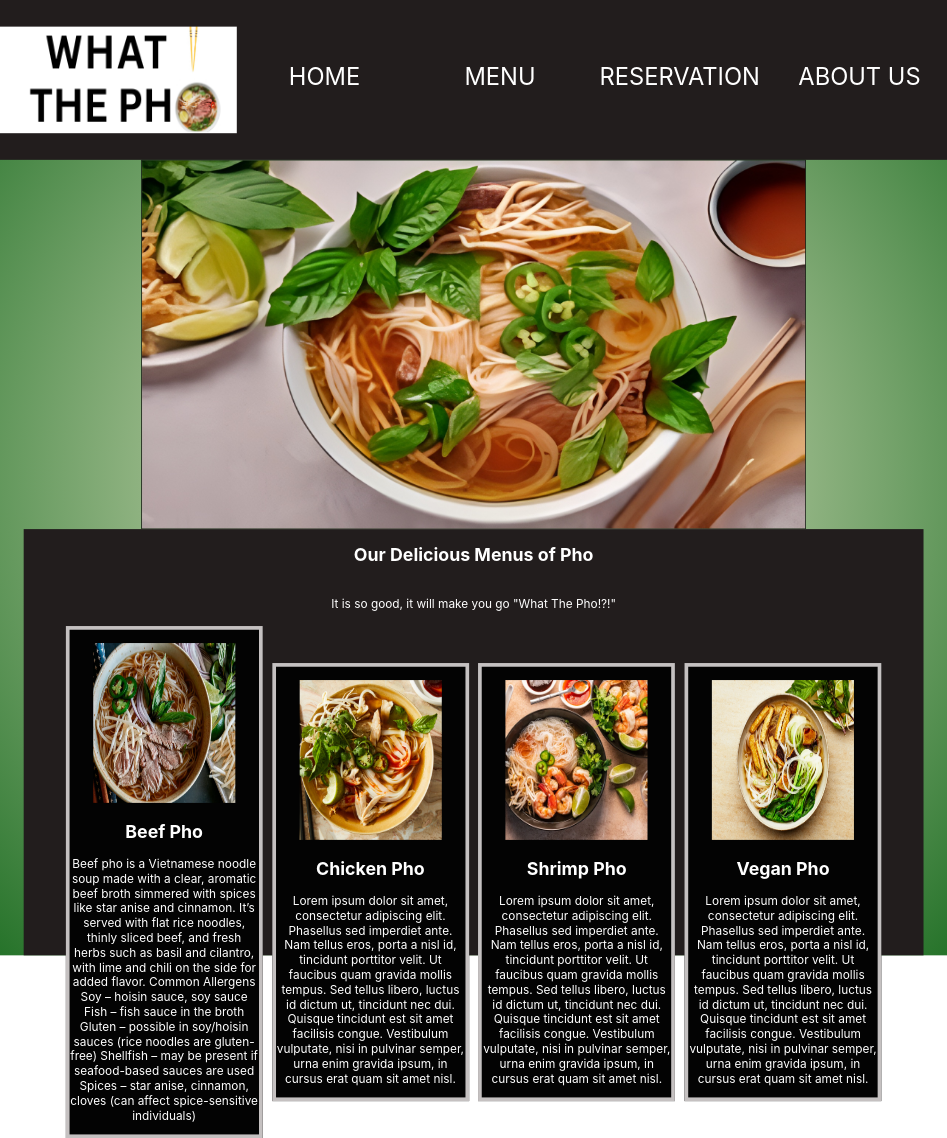
Repository: NguyenkhDang/Restaurant-Website
Page: /
The author's editor kept a copy of each file at every save. The page is drawn from the files as they stood at one save, then again after the next save.
The browser window is 1280 px wide. The pictures show the whole page, at 74% of full size.
The project was rebuilt for these pictures with package versions that can differ from the ones it lists, and the page was loaded fresh each time.

Above is the page before, as saved 2026-01-15 23:38:20.

### src/App.js
import BackgroundImage from "./image/pho.jpg"
import BeefPho from "./image/beefPho.png"
import ChickenPho from "./image/chickenPho.jpg"
import ShrimpPho from "./image/shrimpPho.png"
import VeganPho from "./image/veganPho.jpg"
import './App.css';
import NavigationBar from './NavigationBar';
function App() {
  return (
    <div className="home">
      <NavigationBar />
      <img
        src={BackgroundImage}
        style={{maxWidth: "70vw", height: "auto", border: "1px solid black"}}
        alt="Pho Photo"
        />


      <div className="menu">
        <h2>Our Delicious Menus of Pho</h2>
        <p>It is so good, it will make you go "What The Pho!?!"</p>
        <div className="foodContainer">
          <div>
            <img  src={BeefPho}
                  style={{width: "15vw", height: "30vh"}}/>
            <h2>Beef Pho</h2>
            <p>Beef pho is a Vietnamese noodle soup made with a clear, aromatic beef broth simmered with spices like star anise and cinnamon. It’s served with flat rice noodles, thinly sliced beef, and fresh herbs such as basil and cilantro, with lime and chili on the side for added flavor.

              Common Allergens

Soy – hoisin sauce, soy sauce

Fish – fish sauce in the broth

Gluten – possible in soy/hoisin sauces (rice noodles are gluten-free)

Shellfish – may be present if seafood-based sauces are used

Spices – star anise, cinnamon, cloves (can affect spice-sensitive individuals)
            </p>
          </div>
          <div>
            <img  src={ChickenPho}
                  style={{width: "15vw", height: "30vh"}}/>
            <h2>Chicken Pho</h2>
            <p>Lorem ipsum dolor sit amet, consectetur adipiscing elit. Phasellus sed imperdiet ante. Nam tellus eros, porta a nisl id, tincidunt porttitor velit. Ut faucibus quam gravida mollis tempus. Sed tellus libero, luctus id dictum ut, tincidunt nec dui. Quisque tincidunt est sit amet facilisis congue. Vestibulum vulputate, nisi in pulvinar semper, urna enim gravida ipsum, in cursus erat quam sit amet nisl. </p>
          </div>
          <div>
            <img  src={ShrimpPho}
                  style={{width: "15vw", height: "30vh"}}/>
            <h2>Shrimp Pho</h2>
            <p>Lorem ipsum dolor sit amet, consectetur adipiscing elit. Phasellus sed imperdiet ante. Nam tellus eros, porta a nisl id, tincidunt porttitor velit. Ut faucibus quam gravida mollis tempus. Sed tellus libero, luctus id dictum ut, tincidunt nec dui. Quisque tincidunt est sit amet facilisis congue. Vestibulum vulputate, nisi in pulvinar semper, urna enim gravida ipsum, in cursus erat quam sit amet nisl. </p>
          </div>
          <div>
            <img  src={VeganPho}
                  style={{width: "15vw", height: "30vh"}}/>
            <h2>Vegan Pho</h2>
            <p>Lorem ipsum dolor sit amet, consectetur adipiscing elit. Phasellus sed imperdiet ante. Nam tellus eros, porta a nisl id, tincidunt porttitor velit. Ut faucibus quam gravida mollis tempus. Sed tellus libero, luctus id dictum ut, tincidunt nec dui. Quisque tincidunt est sit amet facilisis congue. Vestibulum vulputate, nisi in pulvinar semper, urna enim gravida ipsum, in cursus erat quam sit amet nisl. </p>
          </div>
        </div>
      </div>
  </div>
);
}

export default App;

### src/App.css
html{
  -ms-overflow-style: none;  /* IE and Edge */
  scrollbar-width: none;
}

.home {
  display: grid;
  margin: 0;
  padding: 0;

  background: radial-gradient(
    circle,
    rgba(245, 240, 213, 1) 0%,
    rgba(38, 115, 42, 1) 100%
  );
  place-items: center;
  text-align: center;
  color: white;
}

.menu {
  display: grid;
  grid-template-rows: repeat(3, 1fr);
  place-items: center;
  gap: 5px;

  width: 95vw;
  height: 80vh;
  margin: 0 2vw;

  background-color: rgb(34, 29, 29);
}

.foodContainer {
  display: grid;
  grid-template-columns: repeat(4, 1fr);
  place-items: center;
  gap: 1vw;
}

.foodContainer div {
  width: 20vw;
  padding-top: 2.5vh;

  background-color: rgb(3, 3, 3);
  border: 5px solid rgb(197, 193, 193);
}


html::-webkit-scrollbar {
  display: none;
}

### src/NavigationBar.js
import "./CSS/NavigationBar.css"
import Logo from "./image/CustomLogo2.png"
const NavigationBar = () =>{



  return (
    <div className="navbar">
      <div className="logoImage">
        <img src= {Logo} />
      </div>
      <div className="wholeNavBar">
        <ul>
          <li>
            <a>HOME</a>
          </li>
          <li>
            <a>MENU</a>
          </li>
          <li>
            <a>RESERVATION</a>
          </li>
          <li>
            <a>ABOUT US</a>
          </li>
        </ul>

      </div>
    </div>
  )


}

export default NavigationBar

### src/CSS/NavigationBar.css
.navbar{
  background-color: rgb(34, 29, 29);
  display: grid;
  grid-template-columns: 25% 75%;
  width: 100vw;
  height: 25vh;
  padding-top: 5vh;
}
.wholeMavBar{
  float: right;
  height: 10vh;
}

.logoImage img{
  height: 20vh;
  width: 25vw;
  object-fit: fill;
  object-position: center;
}

ul{
  align-items: center;
  list-style-type: none;
  display: grid;
  place-items: center;
  grid-template-columns: 1fr 1fr 1fr 1fr;
  margin-top: 5%;
  padding: 0;
}
li a{
  font-size: 2em;
  text-align: center;
  padding: 14px 16px;
}

li a:hover{
  background-color: #c5b1b1;
}

Loaded but not shown: public/index.html (common file); src/index.js (common file); src/index.css (common file); src/reportWebVitals.js (common file)

After the next save:
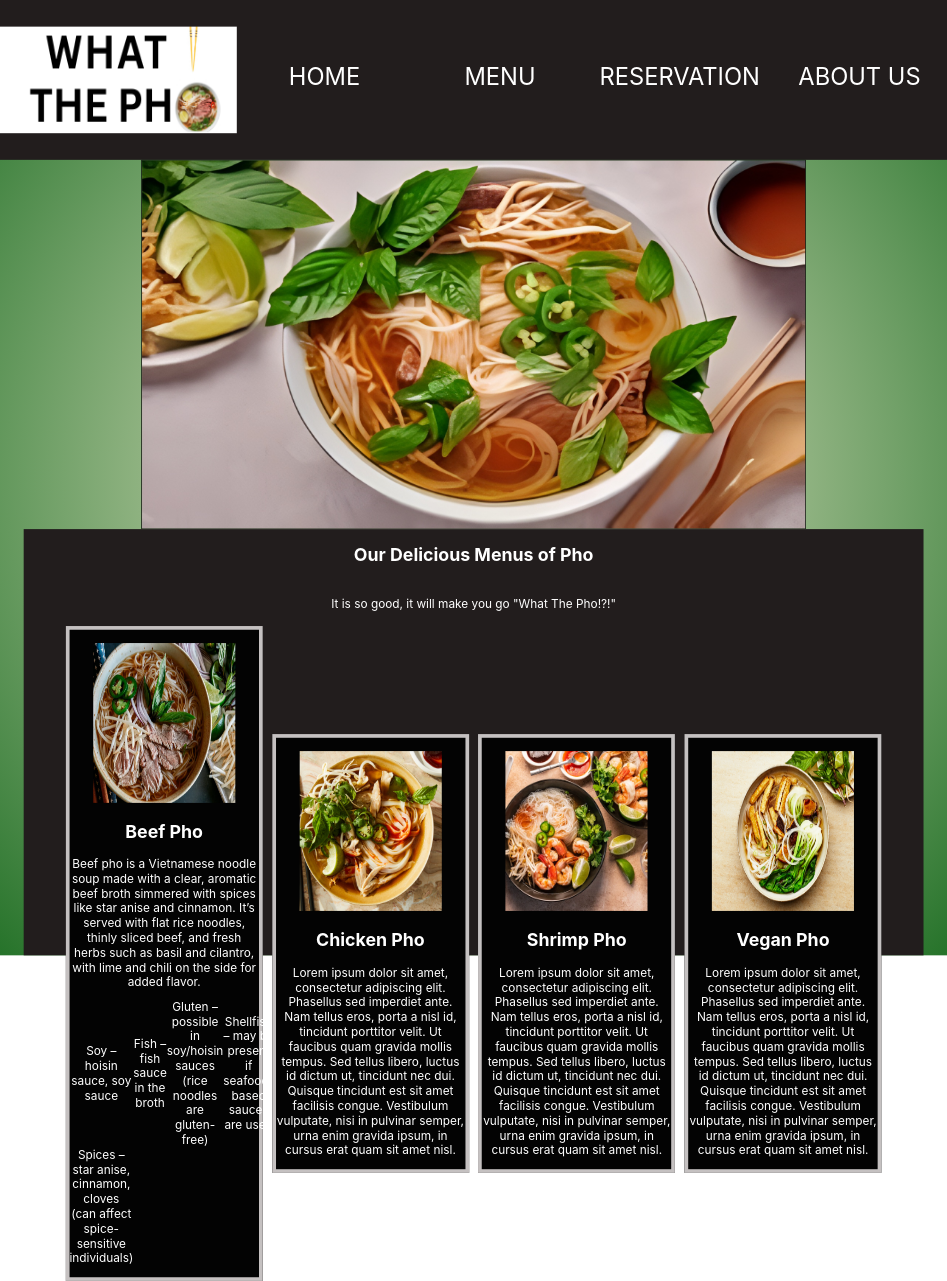
Saved 2 min 52 s later.
--- a/src/App.js
+++ b/src/App.js
@@ -26,18 +26,17 @@ function App() {
             <h2>Beef Pho</h2>
             <p>Beef pho is a Vietnamese noodle soup made with a clear, aromatic beef broth simmered with spices like star anise and cinnamon. It’s served with flat rice noodles, thinly sliced beef, and fresh herbs such as basil and cilantro, with lime and chili on the side for added flavor.
 
-              Common Allergens
+              <span id="Allergies">
+                <ul>
+                  <li>Soy – hoisin sauce, soy sauce</li>
+                  <li>Fish – fish sauce in the broth</li>
+                  <li>Gluten – possible in soy/hoisin sauces (rice noodles are gluten-free)</li>
+                  <li>Shellfish – may be present if seafood-based sauces are used</li>
+                  <li>Spices – star anise, cinnamon, cloves (can affect spice-sensitive individuals)</li>
+                </ul>
+              </span>
+            </p>
 
-Soy – hoisin sauce, soy sauce
-
-Fish – fish sauce in the broth
-
-Gluten – possible in soy/hoisin sauces (rice noodles are gluten-free)
-
-Shellfish – may be present if seafood-based sauces are used
-
-Spices – star anise, cinnamon, cloves (can affect spice-sensitive individuals)
-            </p>
           </div>
           <div>
             <img  src={ChickenPho}
